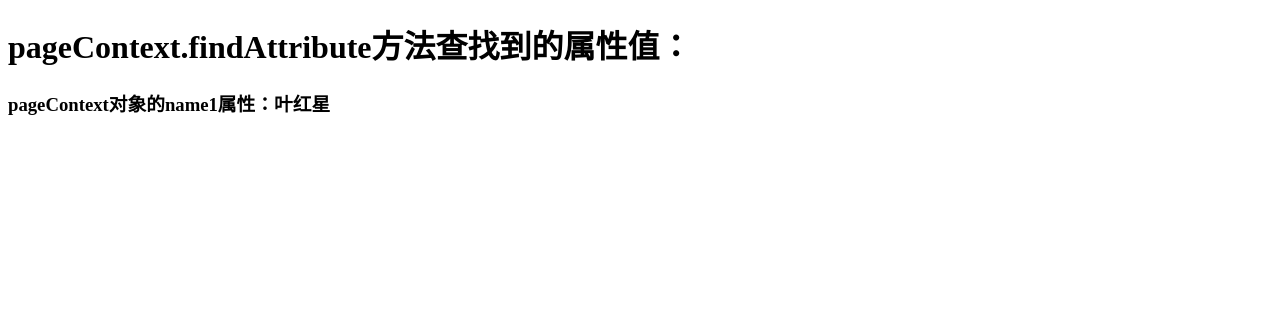
Repository: frankstar007/java
Page: http://localhost/Servlet_Study/pageContextDemo3.jsp
These files come from the project's save history. The page is drawn as it stood at one moment and after the next save; the edit follows.
The browser window is 1280 px wide. The pictures show the whole page.
The page is served by Tomcat 9. Nobody is signed in. The application's start-up code is not run.

Above is the page before, as saved 2016-05-03 01:25:50.

After the next save:
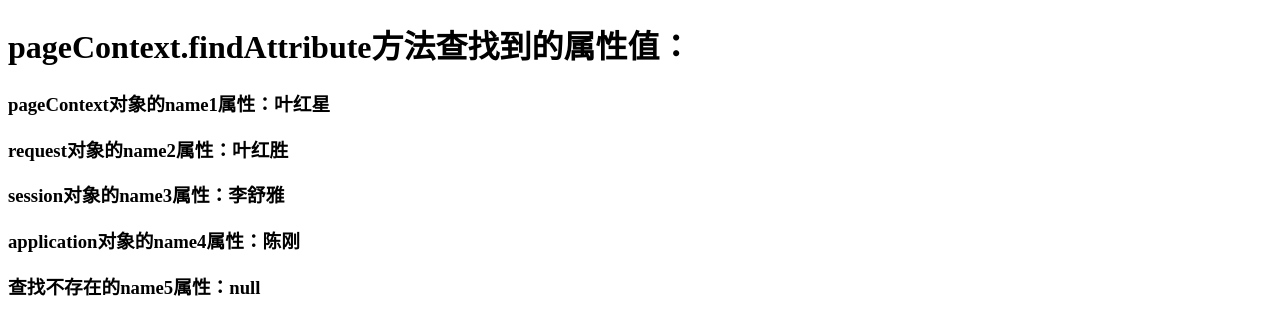
Saved 65 s later.
--- a/Servlet_Study/WebContent/pageContextDemo3.jsp
+++ b/Servlet_Study/WebContent/pageContextDemo3.jsp
@@ -22,5 +22,9 @@
 <body>
 	<h1>pageContext.findAttribute方法查找到的属性值：</h1>
 	<h3>pageContext对象的name1属性：<%=name11%></h3>
+	<h3>request对象的name2属性：<%=name22%></h3>
+	<h3>session对象的name3属性：<%=name33%></h3>
+	<h3>application对象的name4属性：<%=name44%></h3>
+	<h3>查找不存在的name5属性：<%=name55%></h3>
 </body>
 </html>
